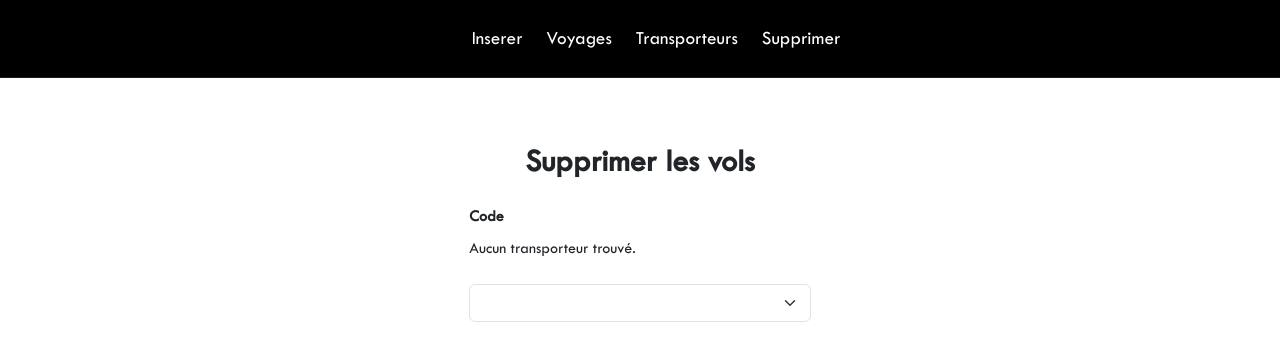
Repository: padevft/examen1-php
Page: http://localhost/server/pages/supprimerVols.php
An editor plug-in stored every save of this project. The page is shown before and after the next save, followed by the edit.
The browser window is 1280 px wide. The pictures show the whole page.
The page is run by PHP 8.4 with error messages shown; the project is at /var/www/html/.

Above is the page before, as saved 2023-10-11 00:38:17.

### server/pages/supprimerVols.php
<?php
    // require_once('../voyage/includes/Voyage.php');
    // require_once('../voyage/modeleVoyage.php');
    function Ctr_Liste(){
        // return Mdl_ListeCode();
        return "";
    }
    $resultat = Ctr_Liste();
?>

<!DOCTYPE html>
<html lang="en">

<head>
  <meta charset="UTF-8" />
  <meta name="viewport" content="width=device-width, initial-scale=1.0" />
  <title>Examen1</title>

  <link rel="stylesheet" href="../../client/utilitaires/bootstrap/css/bootstrap.min.css">
  <link rel="stylesheet" href="../../client/utilitaires/font-awesome-4.7.0/css/font-awesome.min.css">
  <link rel="stylesheet" href="../../client/utilitaires/swiper/swiper-bundle.min.css">
  <link rel="stylesheet" href="../../client/css/styles.css">

</head>

<body>
  <header>
    <nav class="container-nav">
        <ul class="d-flex flex-row align-items-center justify-content-center gap-4 menu">
          <li><a href="./../../index.php" class="menu-item">Inserer</a></li>
            <li><a href="./../../server/pages/voyages.php" class="menu-item">Voyages</a></li>
            <li><a href="./../../server/pages/transporteurs.php" class="menu-item">Transporteurs</a></li>
            <li><a href="./../../server/pages/supprimerVols.php" class="menu-item">Supprimer</a></li>
        </ul>
    </nav>
  </header>
  <main class="voyages">
    <h2 class="d-flex justify-content-center py-3"><b>Supprimer les vols</b></h2>
    <div class="d-flex justify-content-center">
        <div class="d-flex col-12 col-md-4 flex-column gap-2">
            <label for="code" class="fw-semibold">Code</label>
            <?php
                if (is_array($resultat) && count($resultat) > 0) {
                    echo '<select name="code" id="code" required class="form-control fw-semibold" placeholder="Code">';
                    foreach ($resultat as $row) {
                        echo "<option value='{$row['code']}'>{$row['code']}</option>";
                    }
                    echo '</select>';
                } else {
                    // Si le tableau est vide, affichez un message d'erreur
                    echo "<p>Aucun transporteur trouvé.</p>";
                }
            ?>
            <select name="code" id="code" required class="form-select fw-semibold" placeholder="Code">

            </select>

        </div>
    </div>

  </main>
  <script src="../../client/utilitaires/Jquery/jquery-3.6.0.min.js"></script>
  <script src="../../client/utilitaires/bootstrap/js/bootstrap.min.js"></script>
</body>

</html>

### client/css/styles.css
/* var text-decoration */
@font-face {
  font-family: myfont;
  src: url(../utilitaires/fonts/ufonts.com_tw-cen-mt.ttf);
}

:root {
  --color-primary: #c54f13;
  --color-primary-1: #b76b452e;
  --color-white-1: #fff;
  --color-dashed: #cccccc2f;
  --color-dashed-1: #cccccc90;
  --color-bg-1: rgba(0, 0, 0, 0.366);
}

* {
  transition: all 0.5s ease;
}

body {
  font-family: myfont !important;
}
h1 {
  display: inline-flex;
  position: relative;
  cursor: pointer;
}

a {
  color: unset;
  outline: unset;
  text-decoration: none !important;
}

ul {
  list-style-type: none; /* Retire les puces */
}

/*

****************************
Header
****************************

*/

header ul {
  margin: 0 !important;
}
.container-nav {
  padding: 1.5rem 0rem;
  background-color: black;
  border-bottom: 1px solid rgba(255, 255, 255, 0.1);
}

.menu-item {
  display: inline;
  position: relative;
  color: var(--color-white-1);
  padding-bottom: 5px;
  font-size: 1.2rem;
}

.menu-item:hover {
  color: var(--color-primary);
}
.menu-item::before {
  content: "";
  position: absolute;
  bottom: 0;
  left: 0;
  background: var(--color-primary);
  height: 2.5px;
  opacity: 1;
  visibility: visible;
  width: 0;
  -webkit-transition: 0.4s all ease-out;
  -o-transition: 0.4s all ease-out;
  transition: 0.4s all ease-out;
}
.menu-item:hover:before {
  width: 100%;
}

.container-form{
  border : 1px solid #ccc;
  border-radius: 10px;
  height: 100vh;
}
.voyages{
  padding: 3rem 8rem;
}

Loaded but not shown: client/utilitaires/bootstrap/css/bootstrap.min.css (library); client/utilitaires/font-awesome-4.7.0/css/font-awesome.min.css (library); client/utilitaires/swiper/swiper-bundle.min.css (library); client/utilitaires/Jquery/jquery-3.6.0.min.js (library); client/utilitaires/bootstrap/js/bootstrap.min.js (library)

After the next save:
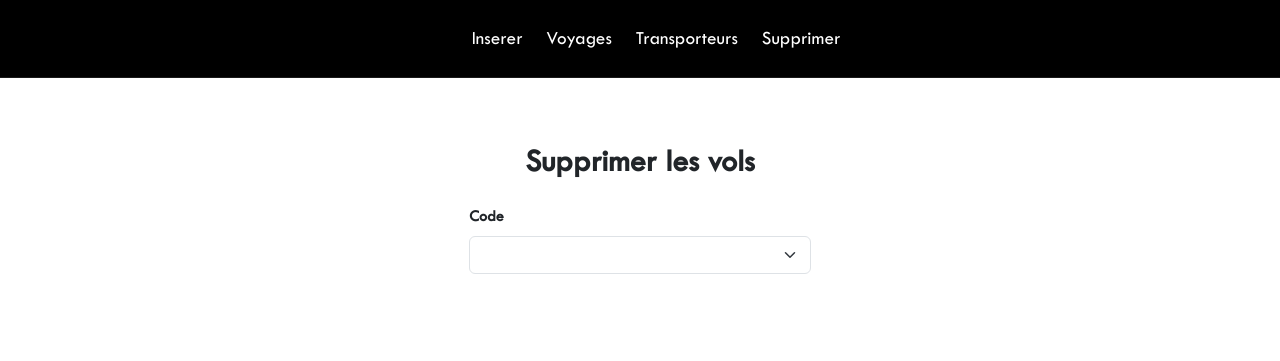
Saved 2 min 10 s later.
--- a/server/pages/supprimerVols.php
+++ b/server/pages/supprimerVols.php
@@ -48,7 +48,7 @@
                     echo '</select>';
                 } else {
                     // Si le tableau est vide, affichez un message d'erreur
-                    echo "<p>Aucun transporteur trouvé.</p>";
+                    // echo "<p>Aucun transporteur trouvé.</p>";
                 }
             ?>
             <select name="code" id="code" required class="form-select fw-semibold" placeholder="Code">
